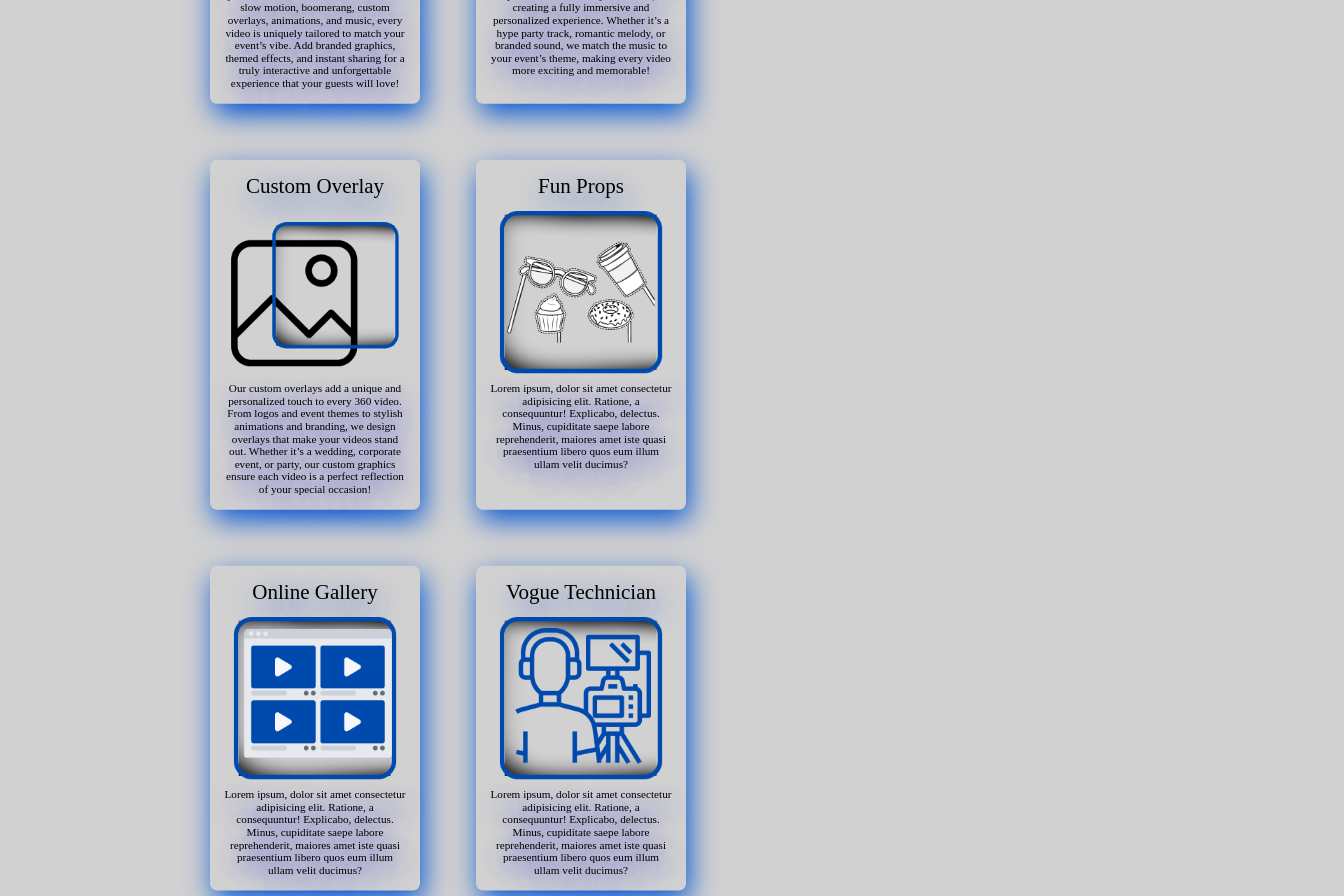
Repository: ErvinClay13/Vogue360-website
Page: about-us.html
An editor plug-in stored every save of this project. The page is shown before and after the next save, followed by the edit.
The browser window is 1280 px wide. The page is 1920 px wide, so the pictures cover 1920 px, including what lies to the right of the window. The pictures show the part of the page from y = 2535 to 3815 px (the page is 3908 px tall), at 70% of full size.
Backgrounds fixed to the window are drawn as part of the page.

Above is the page before, as saved 2025-03-05 00:51:55.

### about-us.html
<!DOCTYPE html>
<html lang="en">
<head>
    <meta charset="UTF-8">
    <meta name="viewport" content="width=device-width, initial-scale=1.0">
    <link
         rel="icon"
         type="image.png"
         sizes="32x32"
         href="images/VogueLogo.png">
        <link rel="stylesheet" href="myStyle/style.css">
    <link rel="stylesheet" href="link pages/about-us.html">
    <link rel="stylesheet" href="link pages/gallery.html">
    <link rel="stylesheet" href="link pages/packages.html">

    <title>Vogue4Me360|About-Us</title>
</head>
<body>
    <div class="wrapper">
        <header>
            <a href="index.html"></a><img  src="images/newLogo.png" id="myLogo" alt="">
            <h1 id="headerText">VOGUE-4ME-360</h1>
            <div class="link-pages" id="link_pages">
                <h3><a href="index.html" id="myLinks">Home</a></h3>
                <h3><a href="packages.html" id="myLinks">Packages</a></h3>
                <h3><a href="gallery.html" id="myLinks">Gallery</a></h3>
                <h3><a href="contactUs.html" id="myLinks">Contact Us</a></h3>

            </div>
        </header>


    <div class="whyUsImgContainer">
            <img id="whyUsImg" src="images/360mach.jpg" alt="">
        </div>

        <div class="whyUsTextContainer">
            <h2 id="whyUsHeading">Vogue 4Me 360 - Creating memories that will last forever</h2>
            <p style="margin-bottom: 100px;" id="whyUsText">
                Why Choose Our 360 Photo Booth for Your Event?

When it comes to capturing unforgettable moments, our 360 Photo Booth takes your event to the next level! Here’s why you should book with us: <br>

📸 Unique & Immersive Experience – Unlike traditional photo booths, our 360 booth creates stunning, dynamic videos that your guests will love. <br>

✨ High-Quality, Shareable Content – We deliver HD slow-motion, boomerang, and fully customized videos ready for instant social media sharing. <br>

🎨 Personalized Branding & Effects – Custom overlays, music, and effects to match your event’s theme, making every video unique. <br>

💃 Fun & Engaging for Everyone – Whether it's a wedding, birthday, corporate event, or any celebration, our booth adds excitement and interaction for all ages. <br>

🚀 Professional Setup & Service – We handle everything from start to finish, ensuring a seamless and stress-free experience. <br>

🎁 Affordable & Competitive Packages – We offer flexible pricing to fit your budget while delivering top-tier entertainment. <br>

Make your event unforgettable with our 360 Photo Booth Experience! 🎉 Contact us today to book your date!
            </p>
            <h2 style="font-size: 75px;" id="whyUsHeading">Vogue 4Me 360 Features</h2>
        </div>



        <div class="servicesContainer" style="gap: 160;padding-left: 250px;padding-right: 250px;">

            <div class="serviceBox">
                <div class="headBox">360 Photo Booth</div>
                <div class="serviceImg">
                    <img id="servImg" src="featureImages/f-360booth.png" alt="">
                </div>
                <p>
                    Our 360 Photo Booth captures stunning, videos from every angle,
                    creating a fun and immersive experience for your guests. With
                    custom overlays, music, and instant sharing, each video is personalized
                    and ready to go viral. Perfect for weddings, parties, and corporate events,
                    it turns ordinary moments into unforgettable memories!
                </p>
            </div>

            <div class="serviceBox">
                <div class="headBox">Sharing Station</div>
                <div class="serviceImg">
                    <img id="servImg" src="featureImages/f-sharing.png" alt="">
                </div>
                <p>
                    Our Sharing Station makes it easy for guests to instantly access
                    and share their 360 videos right after recording. With a quick tap,
                    they can download, text, email, or post their videos to social media,
                    ensuring every special moment is shared in real time. It’s the perfect
                    addition to keep the excitement going and make your event even more memorable!
                </p>
            </div>



                <div class="serviceBox">
                <div class="headBox">Special Effects & Filters</div>
                <div class="serviceImg">
                    <img id="servImg" src="featureImages/f-effects.png" alt="">
                </div>
                <p>
                    Our special effects and features take your 360 videos to the
                    next level! With slow motion, boomerang, custom overlays, animations,
                    and music, every video is uniquely tailored to match your event’s vibe.
                    Add branded graphics, themed effects, and instant sharing for a truly
                    interactive and unforgettable experience that your guests will love!
                </p>
            </div>

            <div class="serviceBox">
                <div class="headBox">Custom Background Music</div>
                <div class="serviceImg">
                    <img id="servImg" src="featureImages/f-music.png" alt="">
                </div>
                <p>
                    Our custom background music adds the perfect touch to every 360 video,
                    creating a fully immersive and personalized experience. Whether it’s a
                    hype party track, romantic melody, or branded sound, we match the music
                    to your event’s theme, making every video more exciting and memorable!
                </p>
            </div>


            <div class="serviceBox">
                <div class="headBox">Custom Overlay</div>
                <div class="serviceImg">
                    <img id="servImg" src="featureImages/f-overlay.png" alt="">
                </div>
                <p>
                    Our custom overlays add a unique and personalized touch to every 360 video.
                    From logos and event themes to stylish animations and branding, we design overlays
                    that make your videos stand out. Whether it’s a wedding, corporate event, or party,
                    our custom graphics ensure each video is a perfect reflection of your special occasion!
                </p>
            </div>

            <div class="serviceBox">
                <div class="headBox">Fun Props</div>
                <div class="serviceImg">
                    <img id="servImg" src="featureImages/f-props.png" alt="">
                </div>
                <p>
                    Lorem ipsum, dolor sit amet consectetur adipisicing elit.
                    Ratione, a consequuntur! Explicabo, delectus. Minus, cupiditate
                    saepe labore reprehenderit, maiores amet iste quasi praesentium
                    libero quos eum illum ullam velit ducimus?
                </p>
            </div>

            <div class="serviceBox">
                <div class="headBox">Online Gallery</div>
                <div class="serviceImg">
                    <img id="servImg" src="featureImages/f-gallery.png" alt="">
                </div>
                <p>
                    Lorem ipsum, dolor sit amet consectetur adipisicing elit.
                    Ratione, a consequuntur! Explicabo, delectus. Minus, cupiditate
                    saepe labore reprehenderit, maiores amet iste quasi praesentium
                    libero quos eum illum ullam velit ducimus?
                </p>
            </div>

            <div class="serviceBox">
                <div class="headBox">Vogue Technician</div>
                <div class="serviceImg">
                    <img id="servImg" src="featureImages/f-techn.png" alt="">
                </div>
                <p>
                    Lorem ipsum, dolor sit amet consectetur adipisicing elit.
                    Ratione, a consequuntur! Explicabo, delectus. Minus, cupiditate
                    saepe labore reprehenderit, maiores amet iste quasi praesentium
                    libero quos eum illum ullam velit ducimus?
                </p>
            </div>

            </div>




    </div>


    <script src="script.js"></script>
</body>
</html>

### myStyle/style.css
@import url('https://fonts.googleapis.com/css2?family=Yellowtail&display=swap');

@font-face {
    font-family: myFont;
   src: url(School.otf);
}

@font-face {
    font-family: myFont2;
   src: url(TripleRainbow.otf);
}

@font-face {
    font-family: myFont3;
   src: url(NewFont.ttf);
}

*{
    padding: 0;
    margin: 0;
    box-sizing: border-box;
}

body {
    background-color: rgba(187, 187, 187, 0.674);
    background-image: url(backgroundLogo.png);
    background-repeat: no-repeat;
    background-position: center;
    background-attachment: fixed;
}

#myLogo {
    height: 200px;
    width: 200px;
    margin-top: 20px;
    margin-left: 40px;
    border: solid 4px #0055d4f5;;
    border-radius: 150px;
    box-shadow: 5px 15px 40px #0055d4f5;



}

header {
    display: flex;
    justify-content: space-between;
    padding-right: 30px;
    padding-left: 50px;
    background-color: rgba(56, 56, 56, 0.698);
    height: 30vh;
    box-shadow: 5px 15px 40px #0055d4f5;
}

a {
    text-decoration: underline;
    color: #151515;
}

a:link {
    color: #151515;
}

a:hover {
    color: #01398cf5;
    text-decoration: underline;
}

.link-pages {
    align-self: center;
    margin-top: 30px;
    font-size: 25px;
    font-family: "Yellowtail", cursive;
    display: flex;
    gap: 20px;
    box-shadow: 5px 15px 40px #0055d4f5;
    text-shadow: 5px 15px 30px #0055d4f5;
}



#myLink {
    color: black;
    font-weight: bold;
    text-shadow: 5px 15px 20px #0055d4;
    cursor: url("cursorLogo.png"), auto;
}
#myLink:hover{
    color: #01398cf5;
}





#servImg {
    height: 250px;
    width: 250px;
    border-radius: 20px;
}

#packImg {
    height: 250px;
    width: 250px;
    border-radius: 20px;
}




#headerText {
    align-content: center;
    margin-top: 70px;
    font-size: 150px;
    font-family: myFont3;
    height: 120px;
    border-radius: 80px;
    text-shadow: 5px 15px 40px #0055d4f5;
    font-weight: 100;

}



.galleryContainer {
    margin-top: 60PX;
    display: flex;
    flex-direction: column;
    align-items: center;
    justify-content: space-between;

}



.galleryBoxes {
    justify-content: center;
    margin-top: 30px;
    display: flex;
    flex-wrap: wrap;
    width: 1000px;
    justify-content: space-between;
    row-gap: 25px;
    box-shadow: 5px 15px 40px #0055d4f5;
}

.boxes:hover {
    transform: scale(1.2);
    box-shadow: 5px 15px 40px #8600d4f5;
}

.homeVidContainer {
    margin-top: 30px;
    display: flex;
    flex-direction: column;
    align-items: center;
    margin-bottom: 200px
}

.vidBox {
    display: flex;
    align-items: center;
    gap: 15px;
    box-shadow: 5px 15px 40px #0055d4f5;
}

.packageTitle {
    display: flex;
    margin-top: 50px;
    flex-direction: column;
    align-items: center;
    font-size: 40px;
    text-shadow: 5px 15px 40px #0055d4f5;
}

.packageContainer {
    margin-top: 100px;
    display: flex;
    gap: 80px;
    justify-content: center;
    text-shadow: 5px 15px 40px #0055d4f5;
    margin-bottom: 100px;
}

#pack {
    border: solid 2px rgb(67, 67, 67);
    box-shadow: 5px 15px 40px #0055d4f5;
    padding: 15px;
    border-radius: 20px;
}

#pack:hover {
    transform: scale(1.2);
    box-shadow: 5px 15px 40px #8600d4f5;
    background-color: #8600d45b;
}

.headBox {
    font-size: 30px;
    padding-bottom: 10px;
}

.headBox:hover {
    color:#8600d4f5;
    cursor: url("cursorLogo.png"), auto;
}

.headService {
    display: flex;
    margin-top: 50px;
    flex-direction: column;
    align-items: center;
    font-size: 40px;
    text-shadow: 5px 15px 40px #0055d4f5;

}

.servicesContainer {
    margin-top: 60px;
    display: flex;
    gap: 80px;
    justify-content: center;
    text-shadow: 5px 15px 40px #0055d4f5;
    margin-bottom: 100px;
    flex-wrap: wrap;

}



.serviceBox {
    max-width: 300px;
    box-shadow: 5px 15px 40px #0055d4f5;
    text-align: center;
    border-radius: 10px;
    padding: 20px;

}

.serviceBox:hover {
    transform: scale(1.2);
    box-shadow: 5px 15px 40px #8600d4f5;

}
.bookToday {
    margin-top: 10px;
    box-shadow: 5px 15px 40px #0055d4f5;
    text-shadow: 5px 15px 40px #0055d4f5;
    cursor: url("cursorLogo.png"), auto;
    border: solid 2px #0055d4f5;
    border-radius: 10px;
    height: 35px;
    width: 120px;
    font-size: 15px;

}

.bookToday:hover {
    background-color: #8600d4f5;
}

.package {
    max-width: 300px;
    box-shadow: 5px 15px 40px #0055d4f5;
    text-align: center;
    border-radius: 10px;
    padding: 20px;
}

.aboutUsContainer {
    margin-top: 60px;
    display: flex;
    gap: 80px;
    justify-content: center;
    text-shadow: 5px 15px 40px #0055d4f5;
    margin-bottom: 100px;
}

.aboutUsBox {
    max-width: 300px;
    box-shadow: 5px 15px 40px #0055d4f5;
    text-align: center;
    border-radius: 10px;
    padding: 20px;
}

.aboutUsBox:hover {
    transform: scale(1.2);
    box-shadow: 5px 15px 40px #8600d4f5;

}

.socialMediaContainer {
    margin-top: 60px;
    display: flex;
    justify-content: center;
    margin-bottom: 100px;
}

.socialMediaBox {
    display: flex;
    gap: 80px;
}

#socImg {
    height: 80px;
    width: 80px;
    border-radius: 100px;
    box-shadow: 5px 15px 40px #0055d4f5;
    cursor: url("cursorLogo.png"), auto;
}

#socImg:hover {
    box-shadow: 5px 15px 40px #8600d4f5;
    transform: scale(1.2);
}

.whyUsImgContainer {
    width: 1920px;
    background-color: gray;
    margin-top: 20px;
    display: flex;
    flex-direction: column;
    align-items: center;
    margin-bottom: 50px;
    box-shadow: 5px 15px 40px #0055d4f5;
}



.whyUsTextContainer{
    display: flex;
    flex-direction: column;
    align-content: center;
    align-items: center;
}

#whyUsHeading{
    font-size: 45px;
    text-shadow: 5px 15px 40px #0055d4f5;
}

#whyUsText {
    margin-top: 25px;
    font-size: 25px;
    width: 1400px;
    text-shadow: 5px 15px 40px #0055d4f5;
}

.whyUsFeaturesContainer {
    margin-top: 60px;
    display: flex;
    gap: 80px;
    justify-content: center;
    text-shadow: 5px 15px 40px #0055d4f5;
    margin-bottom: 200px;
    flex-wrap: wrap;
}

#whyUsImg {

    height:600px;
    width: 600px;
}


.featureBox {
    max-width: 400px;
    max-height: 400px;
    box-shadow: 5px 15px 40px #0055d4f5;
    text-align: center;
    border-radius: 10px;
    padding: 20px;
}


.galleryBoxes {
    justify-content: center;
    margin-top: 30px;
    display: flex;
    flex-wrap: wrap;
    width: 1000px;
    justify-content: space-between;
    row-gap: 25px;
    box-shadow: 5px 15px 40px #0055d4f5;
}

### gallery.html
<!DOCTYPE html>
<html lang="en">
<head>
    <meta charset="UTF-8">
    <meta name="viewport" content="width=device-width, initial-scale=1.0">
    <link
         rel="icon"
         type="image.png"
         sizes="32x32"
         href="images/VogueLogo.png">
    <link rel="stylesheet" href="myStyle/style.css">
    <link rel="stylesheet" href="about-us.html">
    <link rel="stylesheet" href="gallery.html">
    <link rel="stylesheet" href="packages.html">
    <title>Vogue4Me360|Gallery</title>
</head>
<body>

    <div class="wrapper">
        <header>
            <a href="index.html"></a><img  src="images/newLogo.png" id="myLogo" alt="">
            <h1 id="headerText">VOGUE-4ME-360</h1>
            <div class="link-pages" id="link_pages">
                <h3><a href="index.html" id="myLinks">Home</a></h3>
                <h3><a href="packages.html" id="myLinks">Packages</a></h3>
                <h3><a href="about-us.html" id="myLinks">Why Us</a></h3>
                <h3><a href="contactUs.html" id="myLinks">Contact Us</a></h3>
            </div>
        </header>
        <div style="background-color: rgb(0, 0, 0);" class="homeVidContainer">
            <div class="vidBox">
                <div class="boxes"> <video autoplay controls muted loop src="videoGallery/hoW IT STARTED(4).mp4" width="100%" height="700" ></video></div>
            </div>
        </div>
        <div class="galleryContainer">
            <H1>GALLERY</H1>
            <div class="galleryBoxes">
                <div class="boxes"> <video controls src="videoGallery/jacketvid.mp4" width="200" height="300"></video></div>
                <div class="boxes"> <video controls src="videoGallery/galVid2.mp4" width="200" height="300"></video></div>
                <div class="boxes"> <video controls src="videoGallery/galVid6.mp4" width="200" height="300"></video></div>
                <div class="boxes"> <video controls src="videoGallery/galVid4.mp4" width="200" height="300"></video></div>
                <div class="boxes"> <video controls src="videoGallery/galVid3.mp4" width="200" height="300"></video></div>
                <div class="boxes"> <video controls src="videoGallery/jacketvid.mp4" width="200" height="300"></video></div>
                <div class="boxes"> <video controls src="videoGallery/jacketvid.mp4" width="200" height="300"></video></div>
                <div class="boxes"> <video controls src="videoGallery/jacketvid.mp4" width="200" height="300"></video></div>
                <div class="boxes"> <video controls src="videoGallery/jacketvid.mp4" width="200" height="300"></video></div>
                <div class="boxes"> <video controls src="videoGallery/jacketvid.mp4" width="200" height="300"></video></div>
                <!-- <div class="boxes"> <video controls src="videoGallery/jacketvid.mp4" width="200" height="300"></video></div>
                <div class="boxes"> <video controls src="videoGallery/jacketvid.mp4" width="200" height="300"></video></div>
                <div class="boxes"> <video controls src="videoGallery/jacketvid.mp4" width="200" height="300"></video></div>
                <div class="boxes"> <video controls src="videoGallery/jacketvid.mp4" width="200" height="300"></video></div>
                <div class="boxes"> <video controls src="videoGallery/jacketvid.mp4" width="200" height="300"></video></div> -->
            </div>
        </div>
    </div>


    <script src="script.js"></script>
</body>
</html>

Loaded but not shown: script.js (22 lines, source omitted); packages.html (184 lines, source omitted)

After the next save:
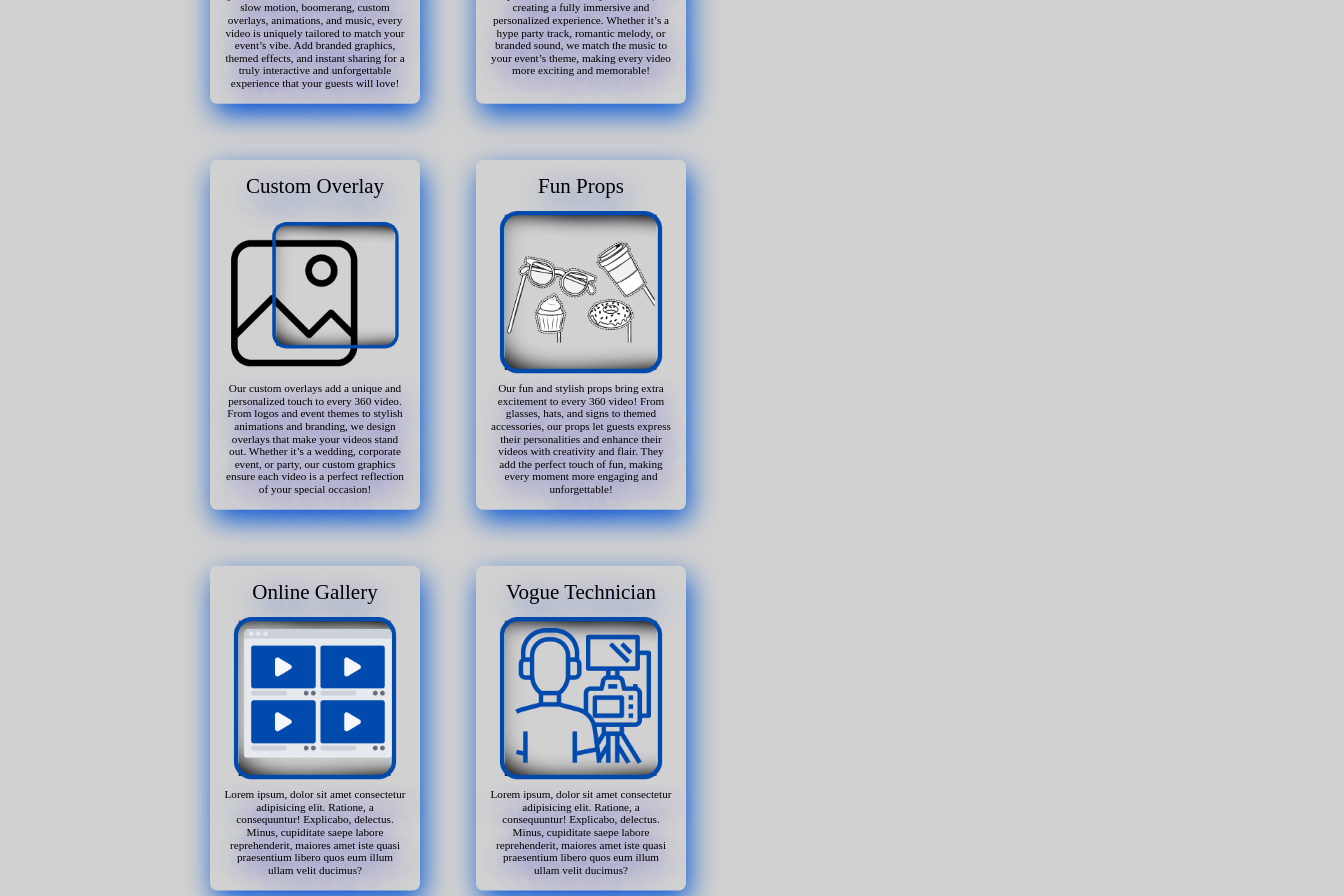
Saved 75 s later.
--- a/about-us.html
+++ b/about-us.html
@@ -139,10 +139,7 @@
                     <img id="servImg" src="featureImages/f-props.png" alt="">
                 </div>
                 <p>
-                    Lorem ipsum, dolor sit amet consectetur adipisicing elit.
-                    Ratione, a consequuntur! Explicabo, delectus. Minus, cupiditate
-                    saepe labore reprehenderit, maiores amet iste quasi praesentium
-                    libero quos eum illum ullam velit ducimus?
+                    Our fun and stylish props bring extra excitement to every 360 video! From glasses, hats, and signs to themed accessories, our props let guests express their personalities and enhance their videos with creativity and flair. They add the perfect touch of fun, making every moment more engaging and unforgettable!
                 </p>
             </div>
 
